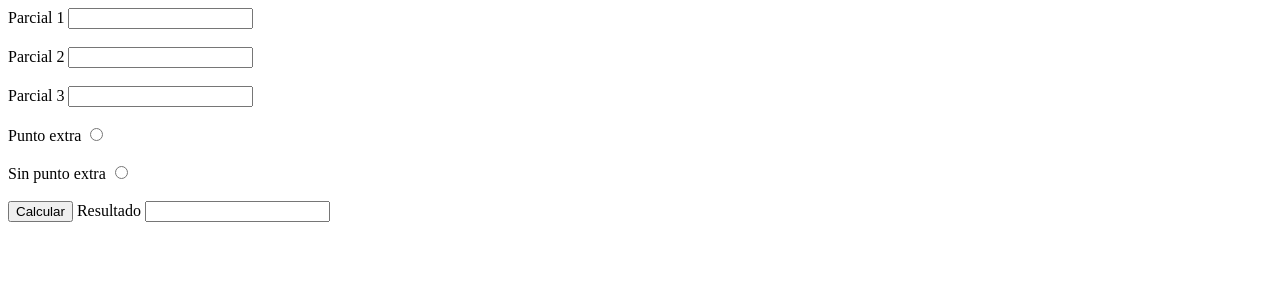
Repository: JoyMoGas/javascript-learn
Page: popo.html
An editor plug-in stored every save of this project. The page is shown before and after the next save, followed by the edit.
The browser window is 1280 px wide. The pictures show the whole page.

Above is the page before, as saved 2024-05-13 22:20:15.

After the next save:
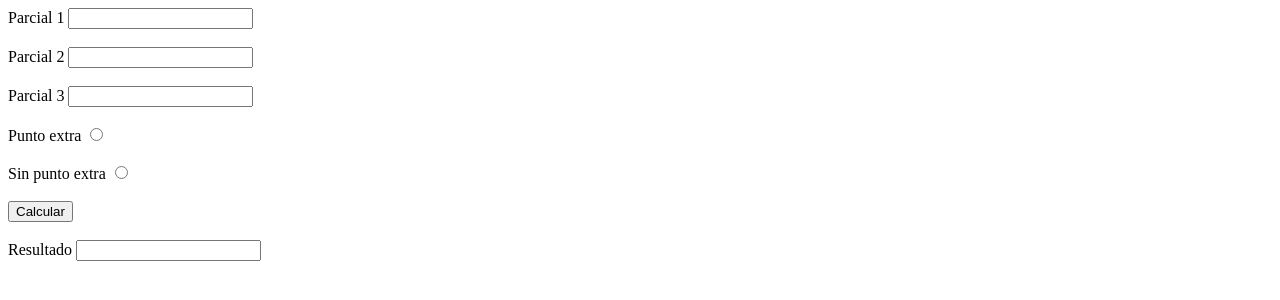
Saved 87 s later.
--- a/popo.html
+++ b/popo.html
@@ -3,31 +3,50 @@
   <head>
     <meta charset="UTF-8" />
     <meta name="viewport" content="width=device-width, initial-scale=1.0" />
-    <title>Popo</title>
+    <title>Calcular Promedio con Punto Extra</title>
   </head>
   <body>
     <form name="multiplicacion">
-      <label for="">Parcial 1</label>
+      <label for="parcial1">Parcial 1</label>
       <input type="text" name="p1" id="parcial1">
       <br><br>
-      <label for="">Parcial 2</label>
+      <label for="parcial2">Parcial 2</label>
       <input type="text" name="p2" id="parcial2">
       <br><br>
-      <label for="">Parcial 3</label>
+      <label for="parcial3">Parcial 3</label>
       <input type="text" name="p3" id="parcial3">
       <br><br>
-      <label for="">Punto extra</label>
-      <input type="radio" name="pe" id="puntoextra">
+      <label for="puntoextra">Punto extra</label>
+      <input type="radio" name="extra" id="puntoextra">
       <br><br>
-      <label for="">Sin punto extra</label>
-      <input type="radio" name="sp" id="sinpunto">
+      <label for="sinpunto">Sin punto extra</label>
+      <input type="radio" name="extra" id="sinpunto">
       <br><br>
+      <input type="button" name="calcular" value="Calcular" onclick="calcular()">
+      <br><br>
+      <label for="resultado">Resultado</label>
+      <input type="text" name="r" id="resultado" readonly>
+    </form>
+    <script>
+      function calcular() {
+        // Obtener los valores de los parciales
+        var a = parseInt(document.getElementById('parcial1').value) || 0;
+        var b = parseInt(document.getElementById('parcial2').value) || 0;
+        var c = parseInt(document.getElementById('parcial3').value) || 0;
 
-      <input type="button" name="calcular" value="Calcular" onclick="calcular1()">
+        // Calcular la suma y el promedio
+        var d = a + b + c;
+        var s = d / 3;
 
-      <label for="">Resultado</label>
-      <input type="text" name="r" id="resultado">
-    </form>
-    <script src="popo.js"></script>
+        // Verificar si se debe agregar el punto extra
+        let pe = document.getElementById('puntoextra');
+        if (pe.checked) {
+          s += 1;
+        }
+
+        // Mostrar el resultado en el input de resultado
+        document.getElementById('resultado').value = s.toFixed(2); // Usamos toFixed para formatear el número con dos decimales
+      }
+    </script>
   </body>
 </html>
